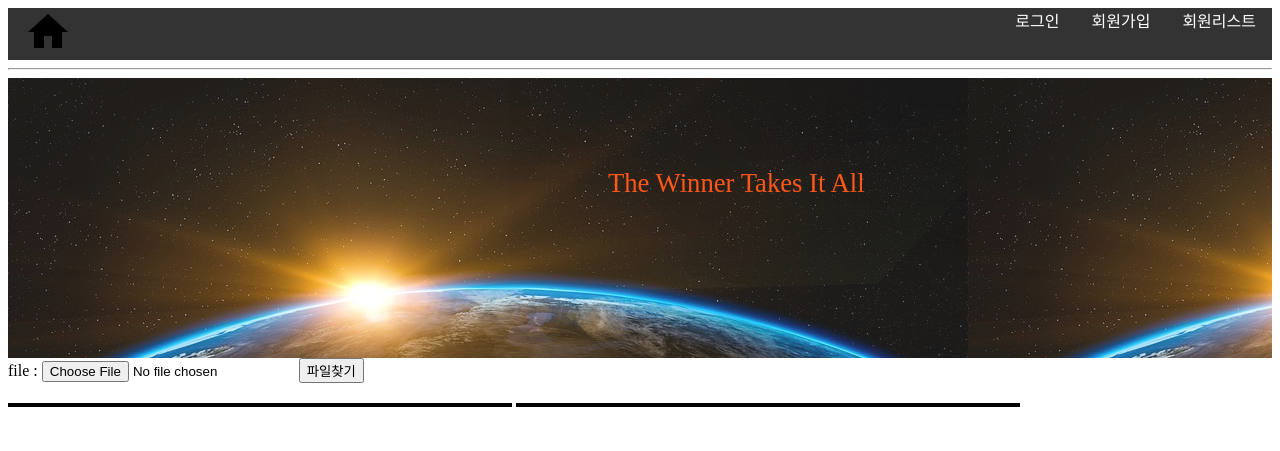
Repository: LeeHyukJe/jsp-bit
Page: http://localhost/jsp3/addrbook/index.jsp
These files come from the project's save history. The page is drawn as it stood at one moment and after the next save; the edit follows.
The browser window is 1280 px wide. The pictures show the whole page.
The page is served by Tomcat 9. Queries for data that is not in the repository find no rows.

Above is the page before, as saved 2017-09-19 04:00:16.

After the next save:
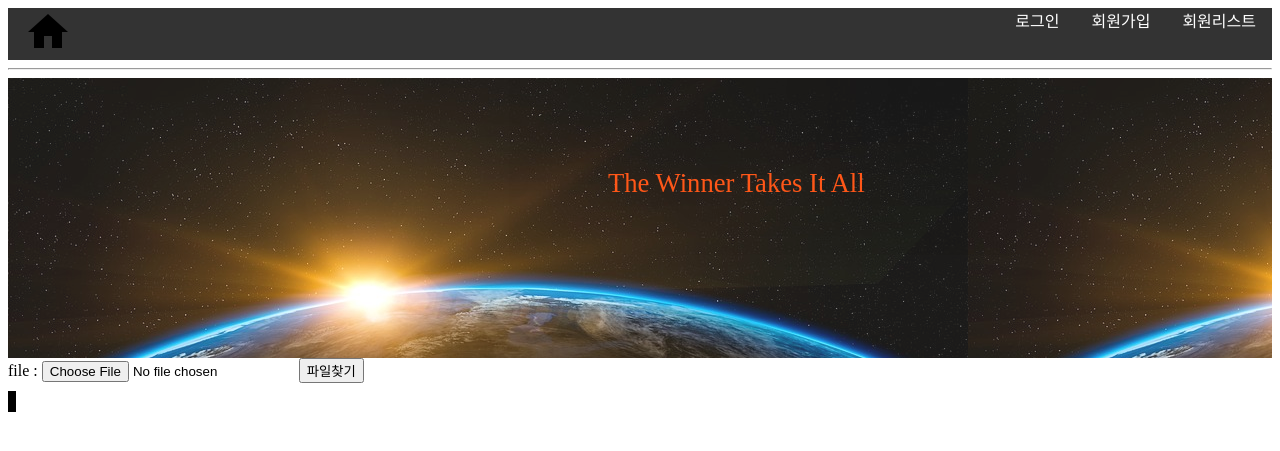
Saved 12 s later.
--- a/jsp3/WebContent/addrbook/Hompage.css
+++ b/jsp3/WebContent/addrbook/Hompage.css
@@ -66,7 +66,7 @@ div.gradient1 {
 
 .picture1{
 	postion:absolute;
-	display:inline-block;
+	display:inline;
 	width:500px;
 	height:auto;
 	border:2px solid black;
@@ -74,7 +74,7 @@ div.gradient1 {
 
 .picture2{
 	postion:absolute;
-	display:inline-block;
+	display:inline;
 	width:500px;
 	height:auto;
 	border:2px solid black;
